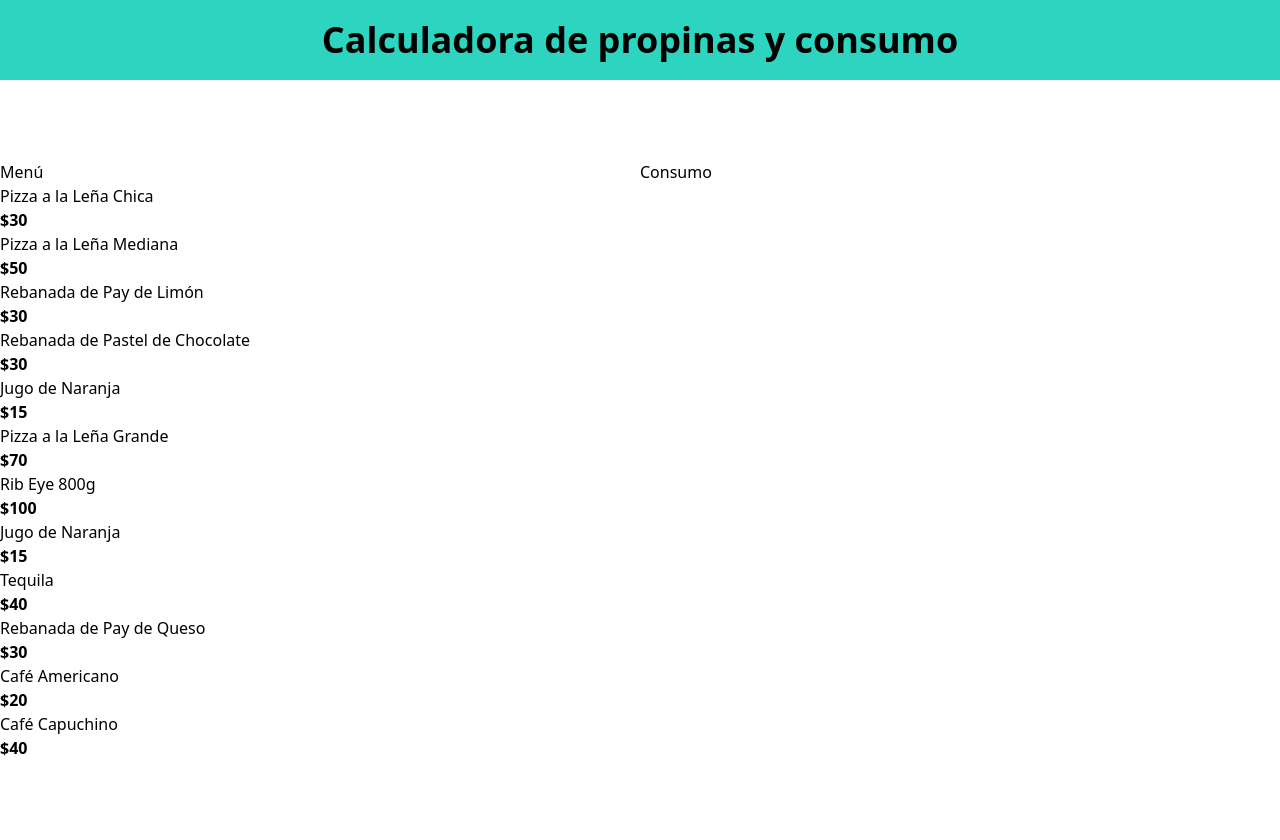
Repository: Samuel-Leal96/calculador_propinas
Page: /
The author's editor kept a copy of each file at every save. The page is drawn from the files as they stood at one save, then again after the next save.
The browser window is 1280 px wide. The pictures show the whole page.
The project was rebuilt for these pictures with package versions that can differ from the ones it lists, and the page was loaded fresh each time. Also part of the build but not shown: vite.config.ts.

Above is the page before, as saved 2025-10-20 17:12:46.

After the next save:
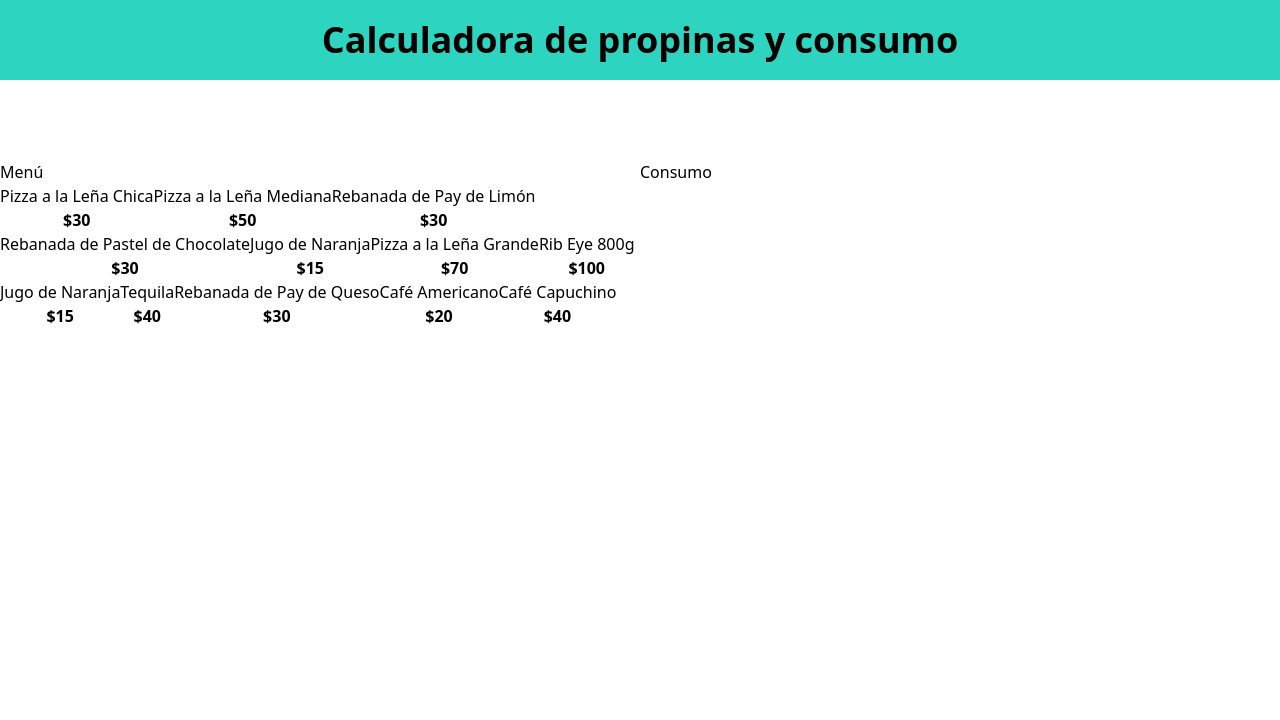
Saved 12 s later.
--- a/src/components/MenuItem.tsx
+++ b/src/components/MenuItem.tsx
@@ -6,9 +6,9 @@ type MenuItemProps = {
 
 export default function MenuItem({ item }: MenuItemProps) {
     return (
-        <>
+        <button>
             <p>{item.name}</p>
             <p className="font-black">${item.price}</p>
-        </>
+        </button>
     )
 }
